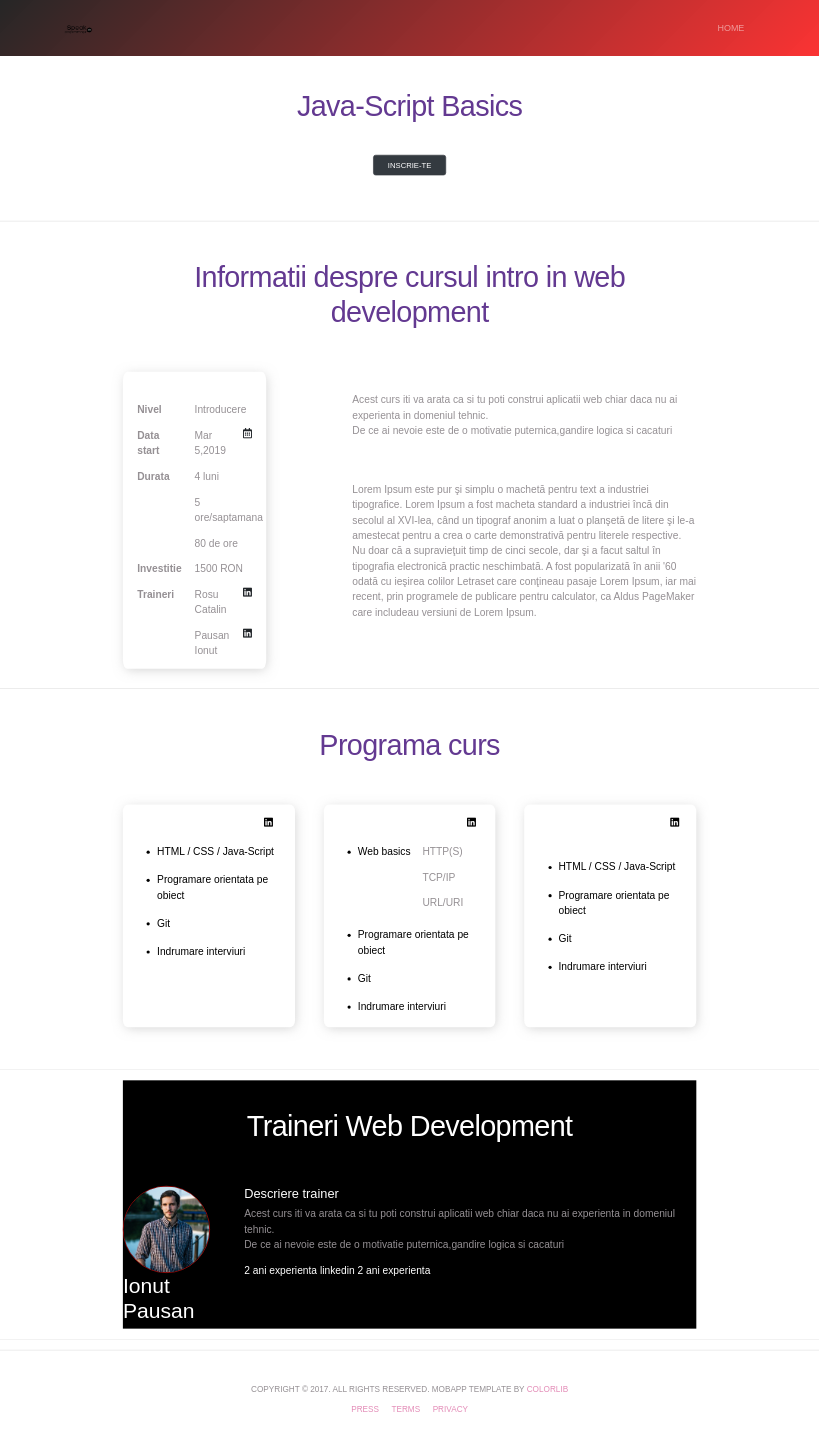
Repository: RosuCatalinDorin/ITSchool
Page: detaliiCurs/views/detalii-curs.html
An editor plug-in stored every save of this project. The page is shown before and after the next save, followed by the edit.
The browser window is 1280 px wide. The pictures show the whole page, at 64% of full size.
Some web libraries are served in a nearby version.

Above is the page before, as saved 2019-03-12 08:47:04.

After the next save:
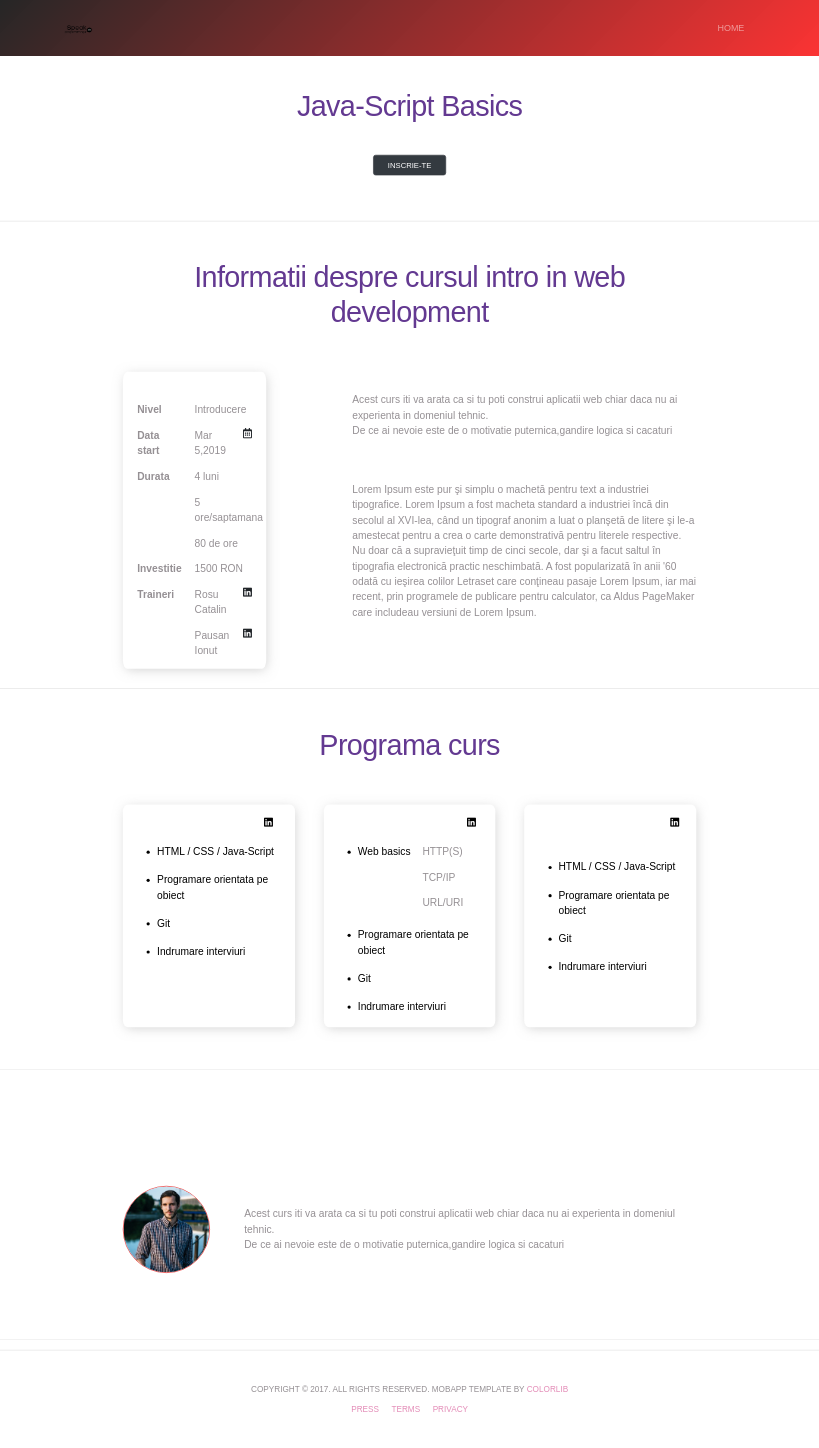
Saved 31 s later.
--- a/detaliiCurs/css/detalii-curs.css
+++ b/detaliiCurs/css/detalii-curs.css
@@ -154,10 +154,13 @@
 /* PROGRAMA CURS ENDS */
 
 /* DESCRIERE TRAINER START */
+trainer-section{
+    background:black;
+    width:100%;
+}
 .descriere-trainer {
     width:70%;
     margin: auto;
-    background:black;
     color: white;
 }
 
